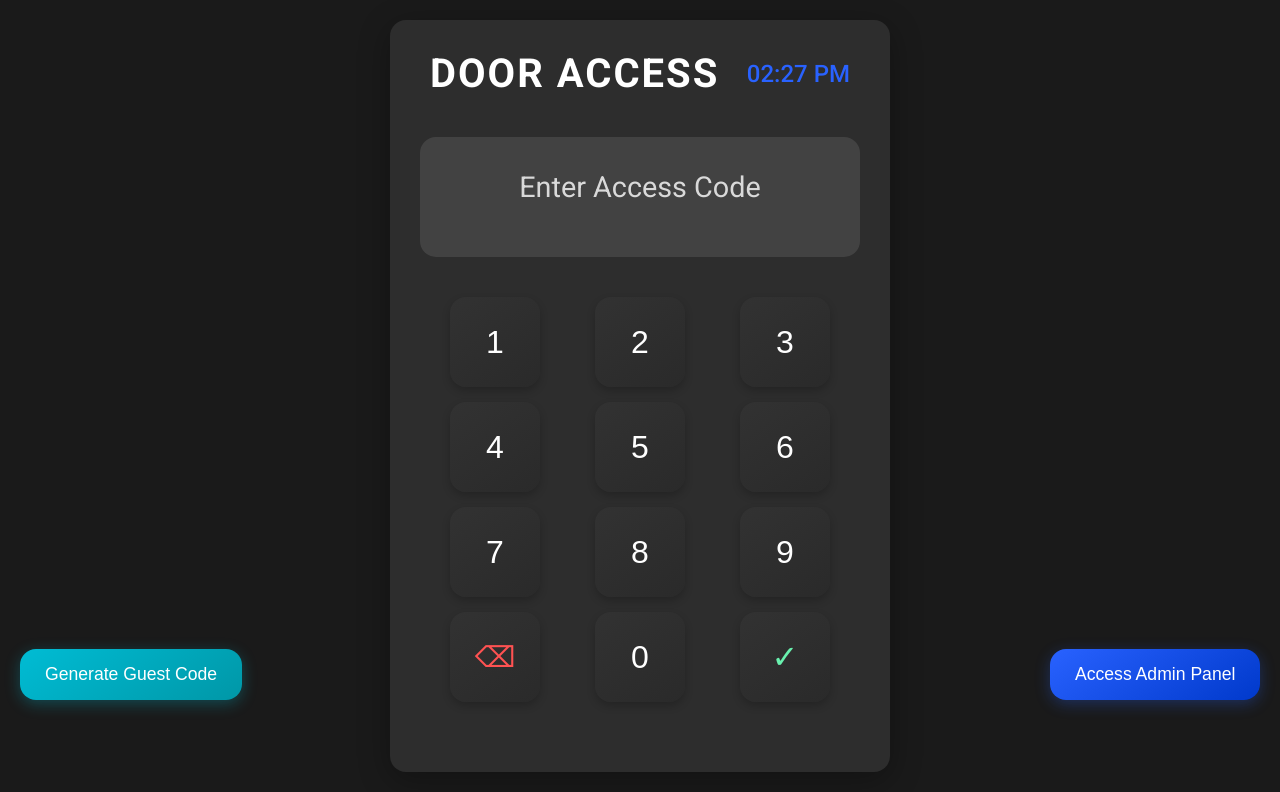
Repository: NPOBG/access
Page: index.html
The author's editor kept a copy of each file at every save. The page is drawn from the files as they stood at one save, then again after the next save.
The browser window is 1280 px wide. The pictures show the whole page.

Above is the page before, as saved 2025-02-08 19:28:55.

After the next save:
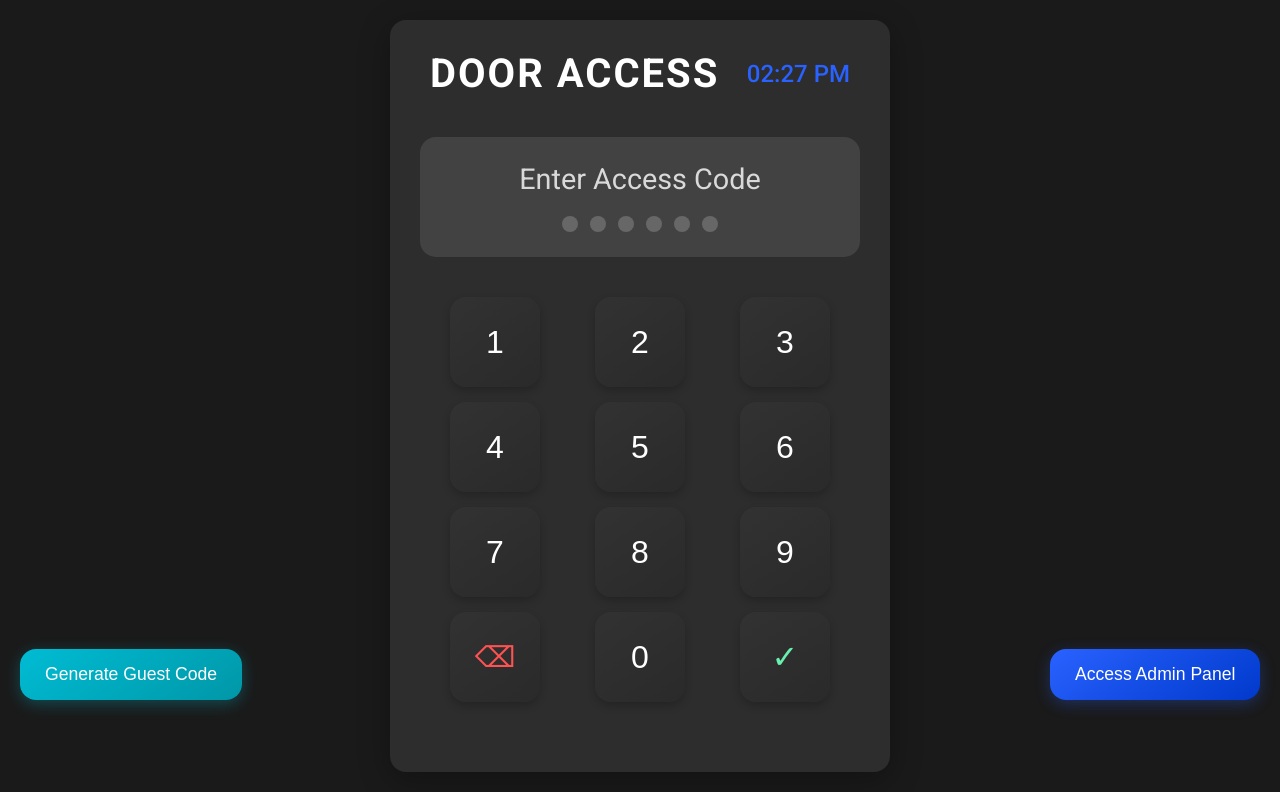
Saved 25 min 26 s later.
--- a/js/keypad.js
+++ b/js/keypad.js
@@ -1,11 +1,13 @@
 class Keypad {
     constructor() {
         this.currentCode = '';
-        this.display = document.getElementById('display');
+        this.display = document.querySelector('.display-dots');
         this.displayText = document.getElementById('displayText');
         this.defaultAdminCode = '123456';
         this.isChangingAdminCode = false;
         this.newAdminCode = '';
+        this.isAdminMode = false;
+        this.isGuestMode = false;
     }
 
     addDigit(digit) {
@@ -16,19 +18,31 @@ class Keypad {
     }
 
     clear() {
-        this.currentCode = '';
-        this.updateDisplay();
+        if (this.currentCode.length > 0) {
+            this.currentCode = this.currentCode.slice(0, -1);
+            this.updateDisplay();
+        }
     }
 
     updateDisplay() {
         if (this.display) {
-            this.display.textContent = '*'.repeat(this.currentCode.length);
+            // Clear existing dots
+            this.display.innerHTML = '';
+            // Add dots for each digit
+            for (let i = 0; i < 6; i++) {
+                const dot = document.createElement('div');
+                dot.className = 'dot';
+                if (i < this.currentCode.length) {
+                    dot.classList.add('active');
+                }
+                this.display.appendChild(dot);
+            }
         }
         if (this.displayText) {
             if (this.isChangingAdminCode) {
                 this.displayText.textContent = this.newAdminCode ? 'Confirm new admin code' : 'Enter new admin code';
             } else {
-                this.displayText.textContent = 'Enter code';
+                this.displayText.textContent = 'Enter Access Code';
             }
         }
     }
@@ -103,21 +117,35 @@ class Keypad {
             }
         }
     }
+
+    setAdminMode(value) {
+        this.isAdminMode = value;
+        this.displayText.textContent = value ? 'Enter Admin Code' : 'Enter Access Code';
+    }
+
+    setGuestMode(value) {
+        this.isGuestMode = value;
+        this.displayText.textContent = value ? 'Enter Guest Code' : 'Enter Access Code';
+    }
 }
 
 // Initialize keypad
 const keypad = new Keypad();
+window.keypad = keypad; // Make keypad accessible globally
 
 // Add event listeners for keypad buttons
-document.querySelectorAll('.keypad-button').forEach(button => {
+document.querySelectorAll('.key').forEach(button => {
     button.addEventListener('click', () => {
-        const digit = button.textContent;
-        if (digit === 'Clear') {
+        const key = button.getAttribute('data-key');
+        if (key === 'clear') {
             keypad.clear();
-        } else if (digit === 'Enter') {
+        } else if (key === 'enter') {
             keypad.submitCode();
         } else {
-            keypad.addDigit(digit);
+            keypad.addDigit(key);
         }
     });
 });
+
+// Initialize display
+keypad.updateDisplay();
